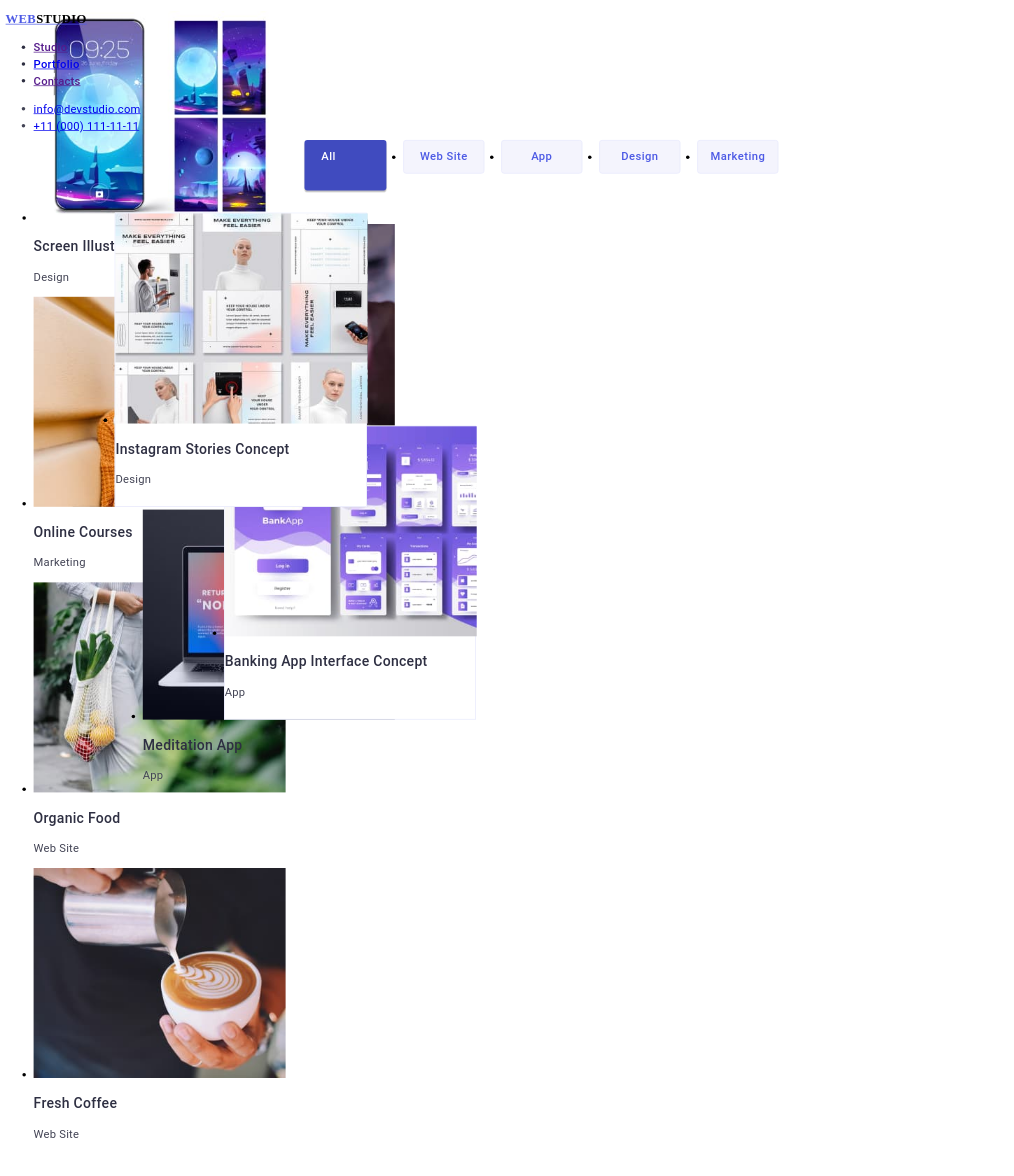
Repository: GrishchenkoNataliya/goit-markup-hw-02
Page: portfolio/portfolio.html
The author's editor kept a copy of each file at every save. The page is drawn from the files as they stood at one save, then again after the next save.
The browser window is 1280 px wide. The page is 1448 px wide, so the pictures cover 1448 px, including what lies to the right of the window. The pictures show the part of the page from y = 0 to 1680 px (the page is 4804 px tall), at 70% of full size.

Above is the page before, as saved 2023-03-07 18:11:41.

After the next save:
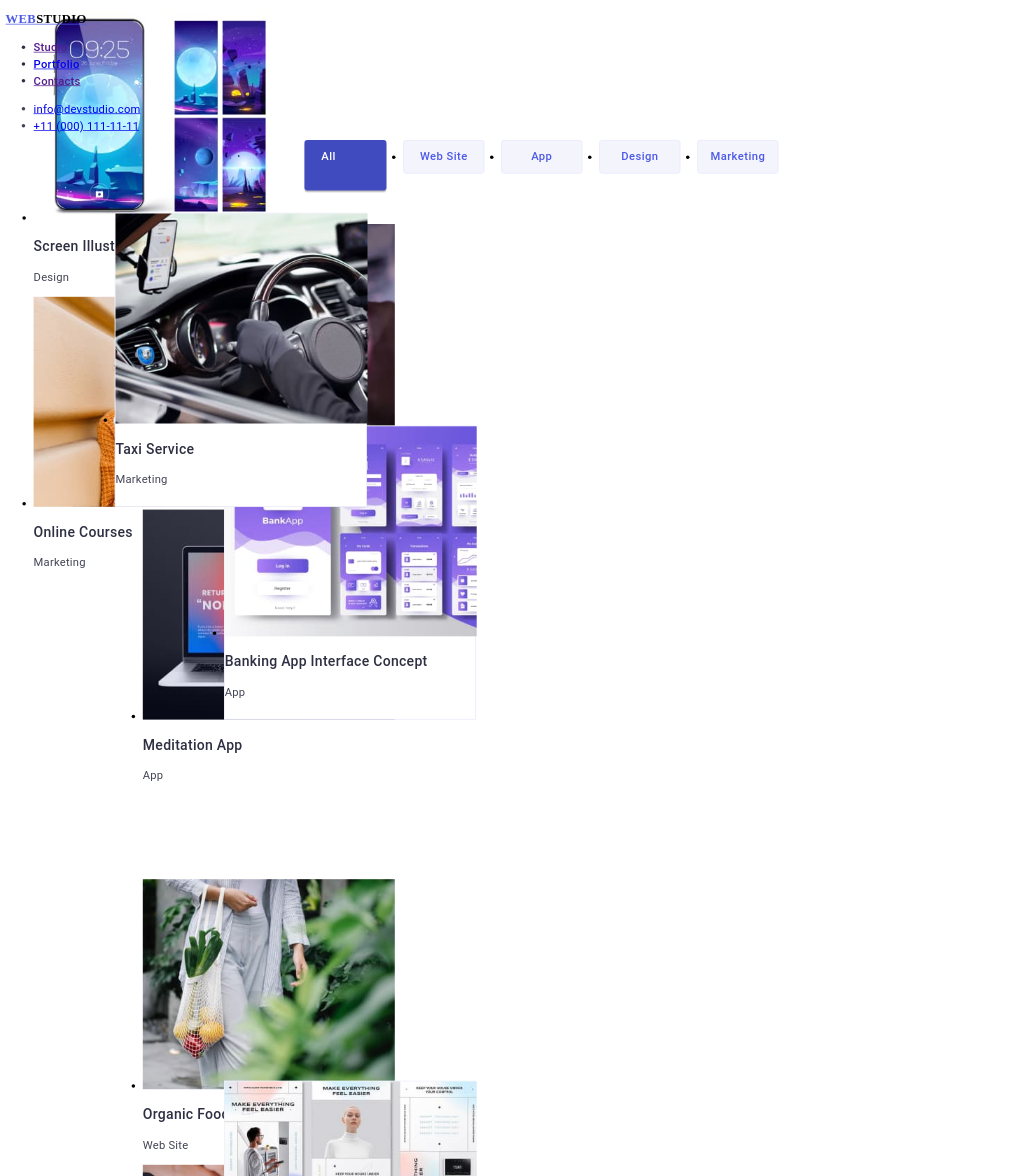
Saved 42 s later.
--- a/css/styles.css
+++ b/css/styles.css
@@ -517,5 +517,9 @@ top: 2380px; */
   top: 756px;
 }
 .portfolio-section-list-last {
-  top: 756px;
-}
+  position: absolute;
+  width: 1128px;
+  height: 420px;
+  left: 156px;
+  top: 1224px;
+}
